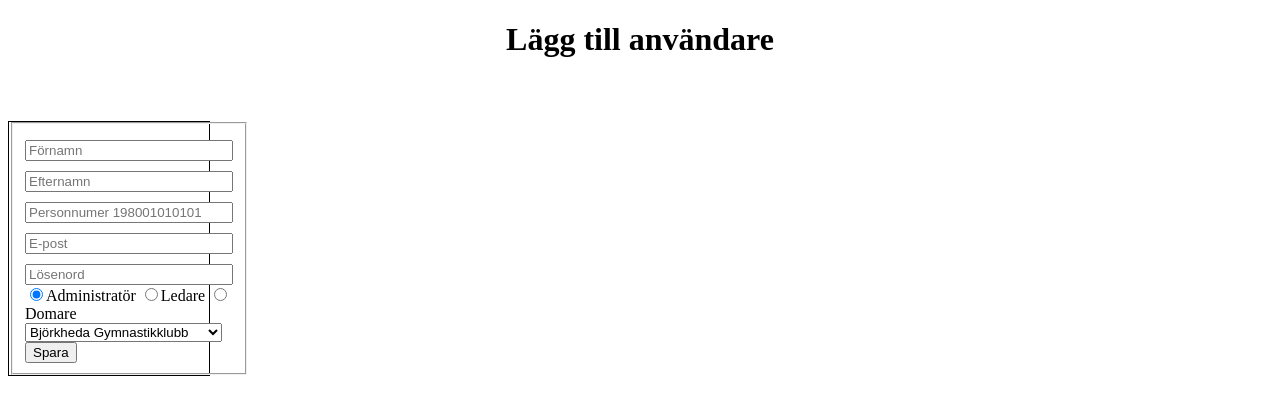
Repository: js223kz/1DV404_HT14_E4_4_JS223KZ
Page: adduser.html
The author's editor kept a record of every edit. The page is drawn from the files as they stood at one moment, then again after the next edit.
The browser window is 1280 px wide. The pictures show the whole page.
Some web fonts or font styles are not loaded; a fallback is used.

Above is the page before.

After the next edit:
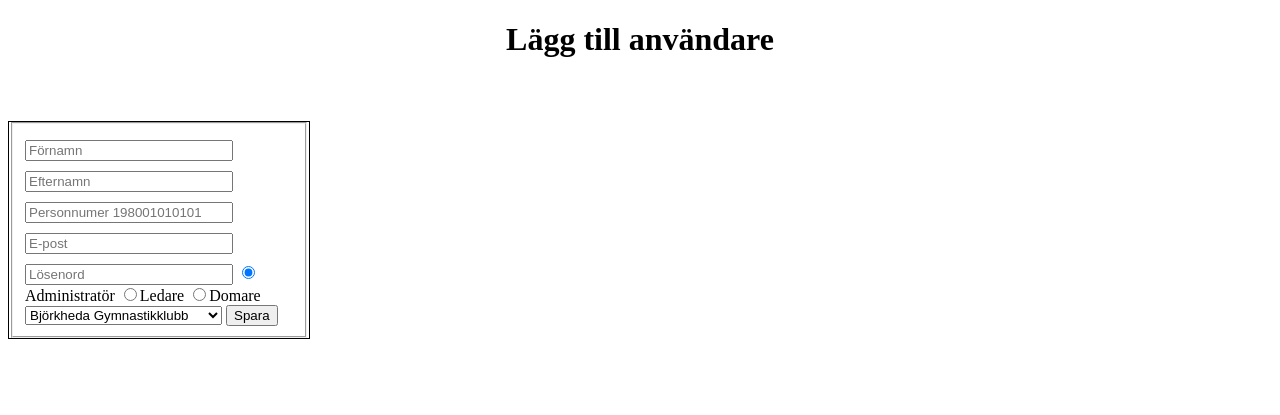
The edit:
--- a/css/main.css
+++ b/css/main.css
@@ -24,7 +24,7 @@
 }
 #adduserform{
     border: 1px solid #000;
-    width: 200px;
+    width: 300px;
     height: auto;
 }
 .adduserinput{
